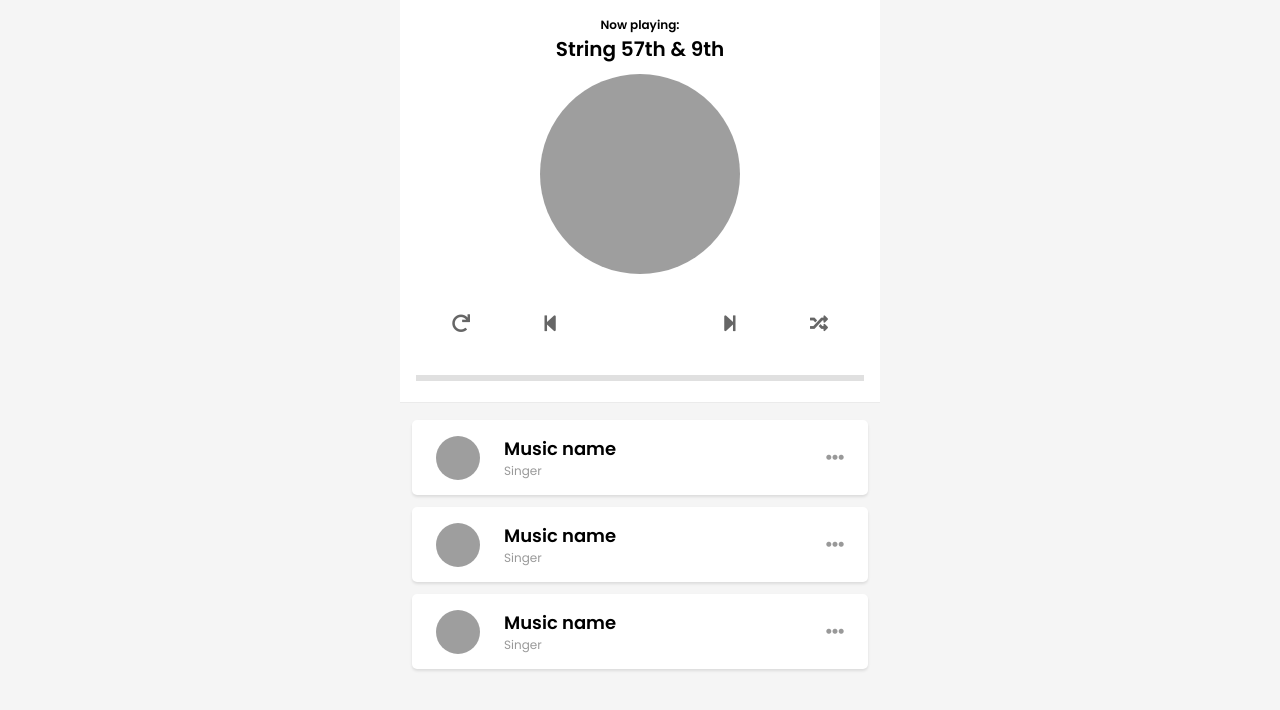
Repository: KienCao2000/demo-music
Page: index.html
The author's editor kept a copy of each file at every save. The page is drawn from the files as they stood at one save, then again after the next save.
The browser window is 1280 px wide. The pictures show the whole page.
Pictures or frames that could not be fetched are drawn as grey boxes.

Above is the page before, as saved 2022-02-24 15:00:04.

### index.html
<!DOCTYPE html>
<html lang="en">
<head>
    <meta charset="UTF-8">
    <meta http-equiv="X-UA-Compatible" content="IE=edge">
    <meta name="viewport" content="width=device-width, initial-scale=1.0">
    <title>Music player</title>
    <link rel="stylesheet" href="https://cdnjs.cloudflare.com/ajax/libs/font-awesome/5.15.2/css/all.min.css" integrity="sha512-HK5fgLBL+xu6dm/Ii3z4xhlSUyZgTT9tuc/hSrtw6uzJOvgRr2a9jyxxT1ely+B+xFAmJKVSTbpM/CuL7qxO8w==" crossorigin="anonymous" />
    <link rel="preconnect" href="https://fonts.gstatic.com">
    <link href="https://fonts.googleapis.com/css2?family=Poppins:wght@300;400;600&display=swap" rel="stylesheet">
    <link rel="stylesheet" href="style.css">
</head>
<body>
    <div class="player">
        <!-- Dashboard -->
        <div class="dashboard">
          <!-- Header -->
          <header>
            <h4>Now playing:</h4>
            <h2>String 57th & 9th</h2>
          </header>

          <!-- CD -->
          <div class="cd">
            <div class="cd-thumb" style="background-image: url('https://i.ytimg.com/vi/jTLhQf5KJSc/maxresdefault.jpg')">
            </div>
          </div>

          <!-- Control -->
          <div class="control">
            <div class="btn btn-repeat">
              <i class="fas fa-redo"></i>
            </div>
            <div class="btn btn-prev">
              <i class="fas fa-step-backward"></i>
            </div>
            <div class="btn btn-toggle-play">
              <i class="fas fa-pause icon-pause"></i>
              <i class="fas fa-play icon-play"></i>
            </div>
            <div class="btn btn-next">
              <i class="fas fa-step-forward"></i>
            </div>
            <div class="btn btn-random">
              <i class="fas fa-random"></i>
            </div>
          </div>

          <input id="progress" class="progress" type="range" value="0" step="1" min="0" max="100">

          <audio id="audio" src=""></audio>
        </div>

        <!-- Playlist -->
        <div class="playlist">
          <div class="song">
            <div class="thumb" style="background-image: url('https://i.ytimg.com/vi/jTLhQf5KJSc/maxresdefault.jpg')">
            </div>
            <div class="body">
              <h3 class="title">Music name</h3>
              <p class="author">Singer</p>
            </div>
            <div class="option">
              <i class="fas fa-ellipsis-h"></i>
            </div>
          </div>
          <div class="song">
            <div class="thumb" style="background-image: url('https://i.ytimg.com/vi/jTLhQf5KJSc/maxresdefault.jpg')">
            </div>
            <div class="body">
              <h3 class="title">Music name</h3>
              <p class="author">Singer</p>
            </div>
            <div class="option">
              <i class="fas fa-ellipsis-h"></i>
            </div>
          </div>
          <div class="song">
            <div class="thumb" style="background-image: url('https://i.ytimg.com/vi/jTLhQf5KJSc/maxresdefault.jpg')">
            </div>
            <div class="body">
              <h3 class="title">Music name</h3>
              <p class="author">Singer</p>
            </div>
            <div class="option">
              <i class="fas fa-ellipsis-h"></i>
            </div>
          </div>
        </div>
    </div>

    <!-- Design from: https://static.collectui.com/shots/3671744/musicloud-revolutionary-app-for-music-streaming-large -->
</body>
</html>

### style.css
root {
    --primary-color: #ec1f55;
    --text-color: #333;
}

*{
    padding: 0;
    margin: 0;
    box-sizing: inherit;
}

body {
    background-color: #f5f5f5;
}

html {
    box-sizing: border-box;
    font-family: "Poppins", sans-serif;
}

.player {
    position: relative;
    max-width: 480px;
    margin: 0 auto;
}

.player .icon-pause {
    display: none;
}

.player.playing .icon-pause {
    display: inline-block;
}

.player.playing .icon-play {
    display: none;
}
.dashboard {
    padding: 16px 16px 14px;
    background-color: #fff;
    position: fixed;
    top: 0;
    width: 100%;
    max-width: 480px;
    border-bottom: 1px solid #ebebeb;
}

  /* HEADER */
header {
    text-align: center;
    margin-bottom: 10px;
}

header h4 {
    color: var(--primary-color);
    font-size: 12px;
}

header h2 {
    color: var(--text-color);
    font-size: 20px;
}

  /* CD */
.cd {
    display: flex;
    margin: auto;
    width: 200px;
  }

.cd-thumb {
    width: 100%;
    padding-top: 100%;
    border-radius: 50%;
    background-color: #333;
    background-size: cover;
    margin: auto;
}

  /* CONTROL */
.control {
    display: flex;
    align-items: center;
    justify-content: space-around;
    padding: 18px 0 8px 0;
}

.control .btn {
    color: #666;
    padding: 18px;
    font-size: 18px;
  }

.control .btn.active {
    color: var(--primary-color);
  }

.control .btn-toggle-play {
    width: 56px;
    height: 56px;
    border-radius: 50%;
    font-size: 24px;
    color: #fff;
    display: flex;
    align-items: center;
    justify-content: center;
    background-color: var(--primary-color);
}

.progress {
    width: 100%;
    -webkit-appearance: none;
    height: 6px;
    background: #d3d3d3;
    outline: none;
    opacity: 0.7;
    -webkit-transition: 0.2s;
    transition: opacity 0.2s;
}

.progress::-webkit-slider-thumb {
    -webkit-appearance: none;
    appearance: none;
    width: 12px;
    height: 6px;
    background-color: var(--primary-color);
    cursor: pointer;
}

  /* PLAYLIST */
  .playlist {
    margin-top: 408px;
    padding: 12px;
}

.song {
    display: flex;
    align-items: center;
    margin-bottom: 12px;
    background-color: #fff;
    padding: 8px 16px;
    border-radius: 5px;
    box-shadow: 0 2px 3px rgba(0, 0, 0, 0.1);
}

.song.active {
    background-color: var(--primary-color);
}

.song:active {
    opacity: 0.8;
}

  .song.active .option,
  .song.active .author,
  .song.active .title {
    color: #fff;
}

.song .thumb {
    width: 44px;
    height: 44px;
    border-radius: 50%;
    background-size: cover;
    margin: 0 8px;
}

.song .body {
    flex: 1;
    padding: 0 16px;
}

  .song .title {
    font-size: 18px;
    color: var(--text-color);
}

.song .author {
    font-size: 12px;
    color: #999;
}

.song .option {
    padding: 16px 8px;
    color: #999;
    font-size: 18px;
}

After the next save:
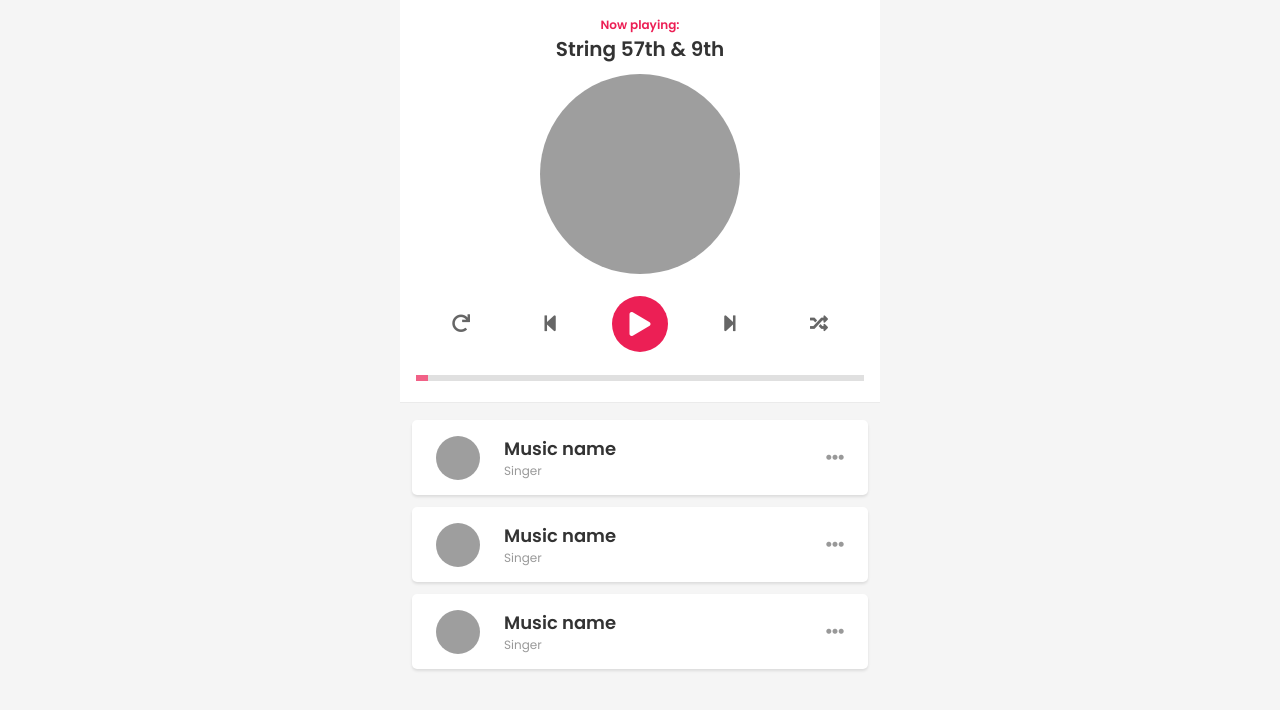
Saved 21 s later.
--- a/style.css
+++ b/style.css
@@ -1,4 +1,4 @@
-root {
+:root {
     --primary-color: #ec1f55;
     --text-color: #333;
 }
